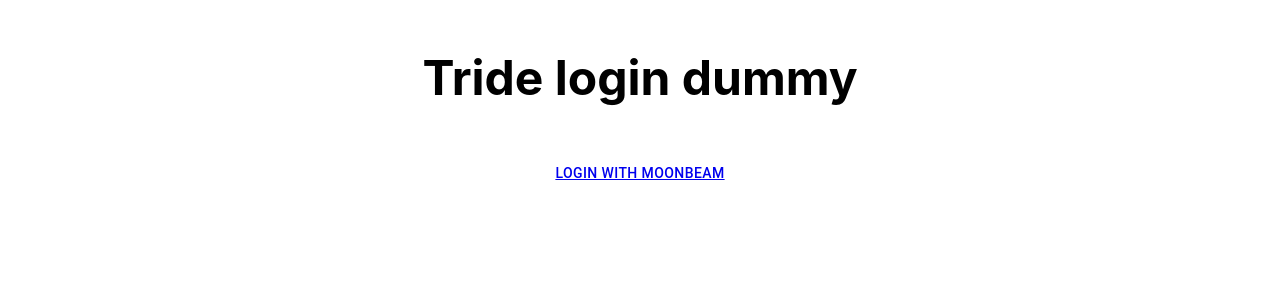
Repository: thematthewko114/web3auth-test
Page: /
An editor plug-in stored every save of this project. The page is shown before and after the next save, followed by the edit.
The browser window is 1280 px wide. The pictures show the whole page.
The project was rebuilt for these pictures with package versions that can differ from the ones it lists, and the page was loaded fresh each time. Also part of the build but not shown: src/web3RPC.ts, src/moonriverLogin.tsx, src/user.tsx.

Above is the page before, as saved 2022-08-12 14:00:50.

After the next save:
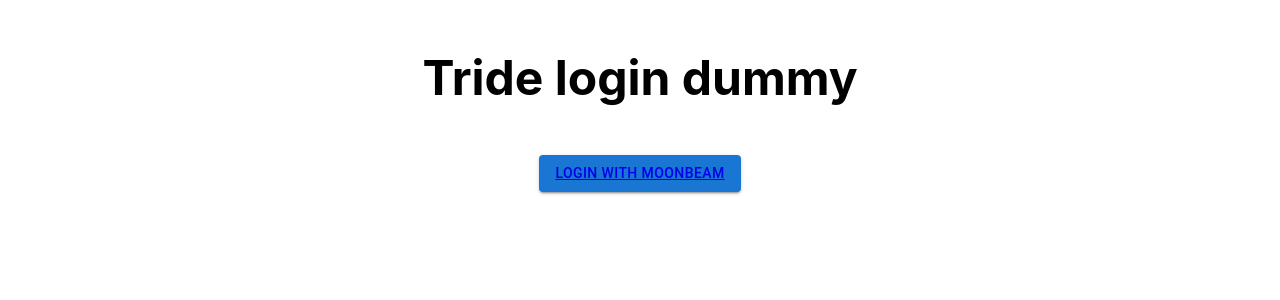
Saved 31 s later.
--- a/src/App.tsx
+++ b/src/App.tsx
@@ -15,7 +15,7 @@
         <h1 className="title">
           Tride login dummy
         </h1>
-        <Button><Link to="/login/moonbeam">Login with Moonbeam</Link></Button>
+        <Button variant="contained"><Link to="/login/moonbeam">Login with Moonbeam</Link></Button>
       </div>
     </>
   );
